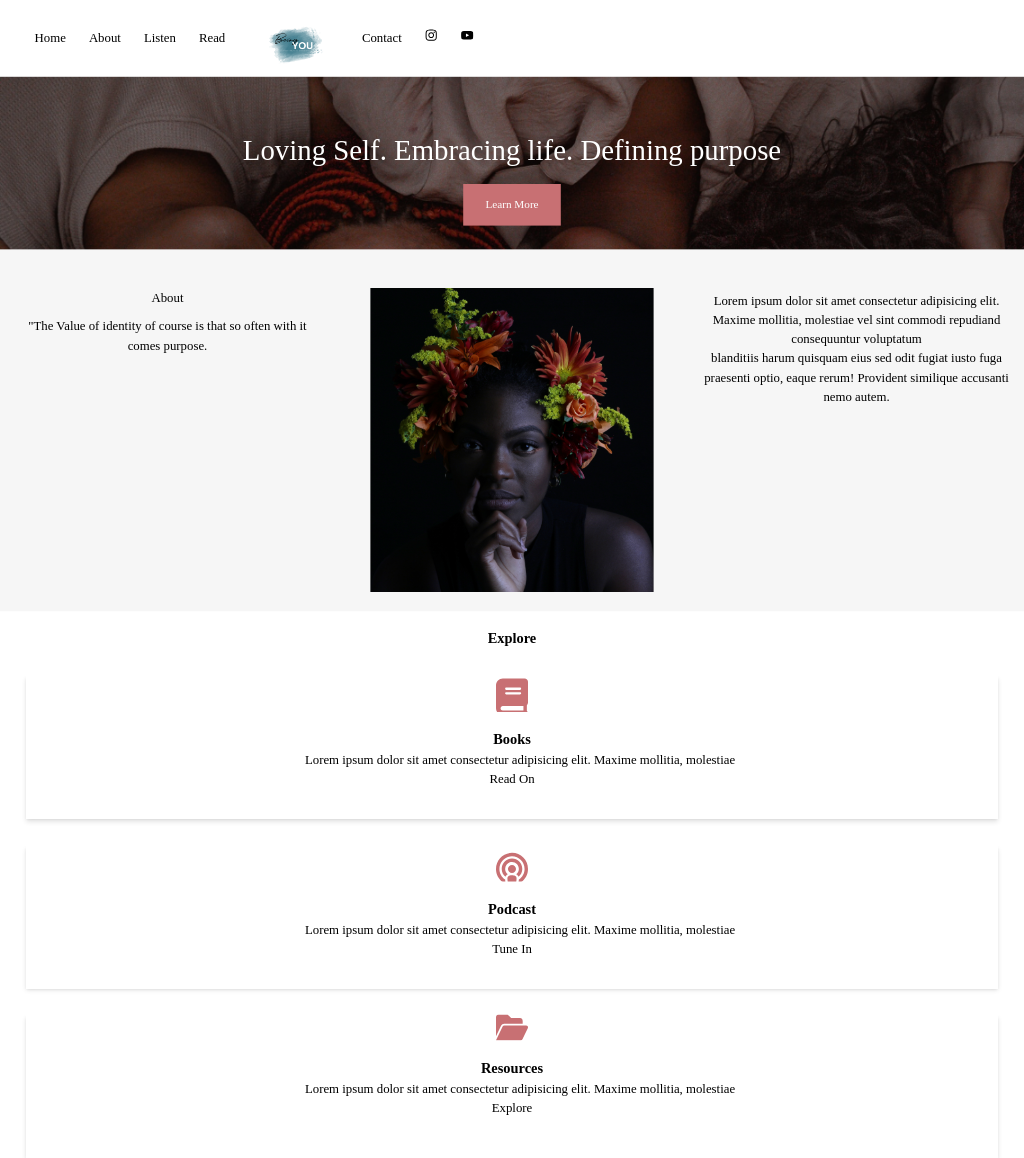
Repository: BrightonMboya/being-you
Page: /
An editor plug-in stored every save of this project. The page is shown before and after the next save, followed by the edit.
The browser window is 1280 px wide. The pictures show the whole page, at 80% of full size.
The project was rebuilt for these pictures with package versions that can differ from the ones it lists, and the page was loaded fresh each time.

Above is the page before, as saved 2022-05-28 17:02:28.

### src/index.css
@tailwind base;
@tailwind components;
@tailwind utilities;

@layer base {
    html {
        font-family: Cormorant Garamond;
    }
}

### src/App.js
import React from "react";
import NavBar from './Components/Navbar/NavBar';
import HeroSection from "./Components/Hero-Section/HeroSection";
import About from "./Components/About/About"
import Explore from "./Components/Podcast/Explore";

function App() {
  return (
    <React.Fragment>
     <NavBar/>
     <HeroSection/>
     <About/>
     <Explore/>
    </React.Fragment>
  );
}

export default App;

### src/Components/Navbar/NavBar.jsx
import React, { useState } from 'react'
import { Link } from 'react-scroll'
import logo from '../../assets/logo.png'
import { FaBars, FaTimes, FaInstagram, FaYoutube } from 'react-icons/fa'

const NavBar = () => {
  const [nav, setNav] = useState(false)
  const handleClick = () => setNav(!nav)
  return (
    <React.Fragment>
      <div className="flex items-center justify-between shadow-md">
        <div className="md:hidden">
          <img src={logo} alt="" className="object-cover w-28 h-28" />
        </div>

        {/* menu */}
        <ul className="hidden md:flex gap-[4vh] ml-[6vh] mt-4">
          <li className="mt-5">
            <Link to="home" smooth={true} duration={500}>
              Home
            </Link>
          </li>
          <li className="mt-5">
            <Link to="about" smooth={true} duration={500}>
              About
            </Link>
          </li>
          <li className="mt-5">
            <Link to="listen" smooth={true} duration={500}>
              Listen
            </Link>
          </li>
          <li className="mt-5">
            <Link to="read" smooth={true} duration={500}>
              Read
            </Link>
          </li>
          <li>
            <img src={logo} alt="" className="object-cover w-30 h-20" />
          </li>
          <li className="mt-5">
            <Link to="contact" smooth={true} duration={500}>
              Contact
            </Link>
          </li>
          <li className="mt-5">
            <FaInstagram className="" />
          </li>
          <li className="mt-5">
            <FaYoutube />
          </li>
        </ul>

        {/* Hamburger Menu */}
        <div className="md:hidden z-10" onClick={handleClick}>
          {!nav ? (
            <FaBars className="text-2xl w-full mr-8" />
          ) : (
            <FaTimes className="text-3xl  mr-3" />
          )}
        </div>

        {/* mobile menu */}
        <ul
          className={
            !nav
              ? 'hidden'
              : 'absolute top-0 left-0 w-full h-[60vh] flex flex-col justify-center items-center'
          }
        >
          <li className="text-2xl py-5">
            <Link onClick={handleClick} to="home" smooth={true} duration={500}>
              Home
            </Link>
          </li>
          <li className="text-2xl">
            <Link to="about" smooth={true} duration={500}>
              About
            </Link>
          </li>
          <li className="text-2xl">
            <Link to="listen" smooth={true} duration={500}>
              Listen
            </Link>
          </li>
          <li className="text-2xl">
            <Link to="read" smooth={true} duration={500}>
              Read
            </Link>
          </li>

          <li className="text-2xl">
            <Link to="contact" smooth={true} duration={500}>
              Contact
            </Link>
          </li>
        </ul>
      </div>
    </React.Fragment>
  )
}

export default NavBar

### src/Components/Hero-Section/HeroSection.jsx
import React from 'react'
import hero from '../../assets/hero.png'

const HeroSection = () => {
  return (
    <div
      style={{
        backgroundImage: `url(${hero})`,
        objectPosition: 'cover',
      }}
      className="object-cover bg-cover bg-no-repeat h-[30vh] md:h-[30vh]"
    >
      <div className="flex flex-col items-center justify-center pt-[7vh]">
        <h3 className="text-center text-lg text-white font-medium py-[3vh] md:text-4xl">
          Loving Self. Embracing life. Defining purpose
        </h3>

        <button className="bg-[#C87073] text-white mb-5 px-5 py-1 text-sm md:py-4 px-7 text-lg">
          Learn More
        </button>
      </div>
    </div>
  )
}

export default HeroSection

### src/Components/About/About.jsx
import React from "react";
import about from "../../assets/about.jpg";

const About = () => {
  return (
    <div className="flex flex-col justify-center items-center bg-[#F6F6F6]">
      <div className="py-6 md:grid grid-cols-3 gap-3">
        <div className="mt-6">
          <h3 className="text-center">About</h3>
          <p className="text-center px-4 md:mt-3">
            "The Value of identity of course is that so often with it comes
            purpose.
          </p>
        </div>
        <img src={about} alt="" className="mt-6 px-8" />
        <p className="text-center px-3 text-sm mt-7 md:text-base">
          Lorem ipsum dolor sit amet consectetur adipisicing elit. Maxime
          mollitia, molestiae vel sint commodi repudiand consequuntur voluptatum
            <br/>
          blanditiis harum quisquam eius sed odit fugiat iusto fuga praesenti
          optio, eaque rerum! Provident similique accusanti nemo autem.
        </p>
      </div>
    </div>
  );
};

export default About;

### src/Components/Podcast/Explore.jsx
import React from "react";
import ExploreCard from "./ExploreCard";
import book from "../../assets/book.svg";
import podcast from "../../assets/podcast.svg";
import resources from "../../assets/resources.svg";

const Explore = () => {
  return (
    <div className="mt-5">
      <h3 className="text-center font-semibold text-lg">Explore</h3>
      <div className="flex flex-col px-8">
        <ExploreCard
          image={book}
          title="Books"
          description="Lorem ipsum dolor sit amet consectetur adipisicing elit. Maxime mollitia, molestiae "
          action="Read On"
        />
        <ExploreCard
          image={podcast}
          title="Podcast"
          description="Lorem ipsum dolor sit amet consectetur adipisicing elit. Maxime mollitia, molestiae "
          action="Tune In"
        />
        <ExploreCard
          image={resources}
          title="Resources"
          description="Lorem ipsum dolor sit amet consectetur adipisicing elit. Maxime mollitia, molestiae "
          action="Explore"
        />

      </div>
    </div>
  );
};

export default Explore;

### src/Components/Podcast/ExploreCard.jsx
import React from "react";

const ExploreCard = (props) => {
  return (
    <div className="mt-8">
      <div className="flex flex-col items-center shadow-md h-[25vh]">
        <img src={props.image} alt="" />
        <h3 className="mt-5 font-semibold text-lg">{props.title}</h3>
        <p className="ml-5">{props.description}</p>

        <button>{props.action}</button>
      </div>
    </div>
  );
};

export default ExploreCard;

Loaded but not shown: public/index.html (common file); src/index.js (common file); tailwind.config.js (common file)

After the next save:
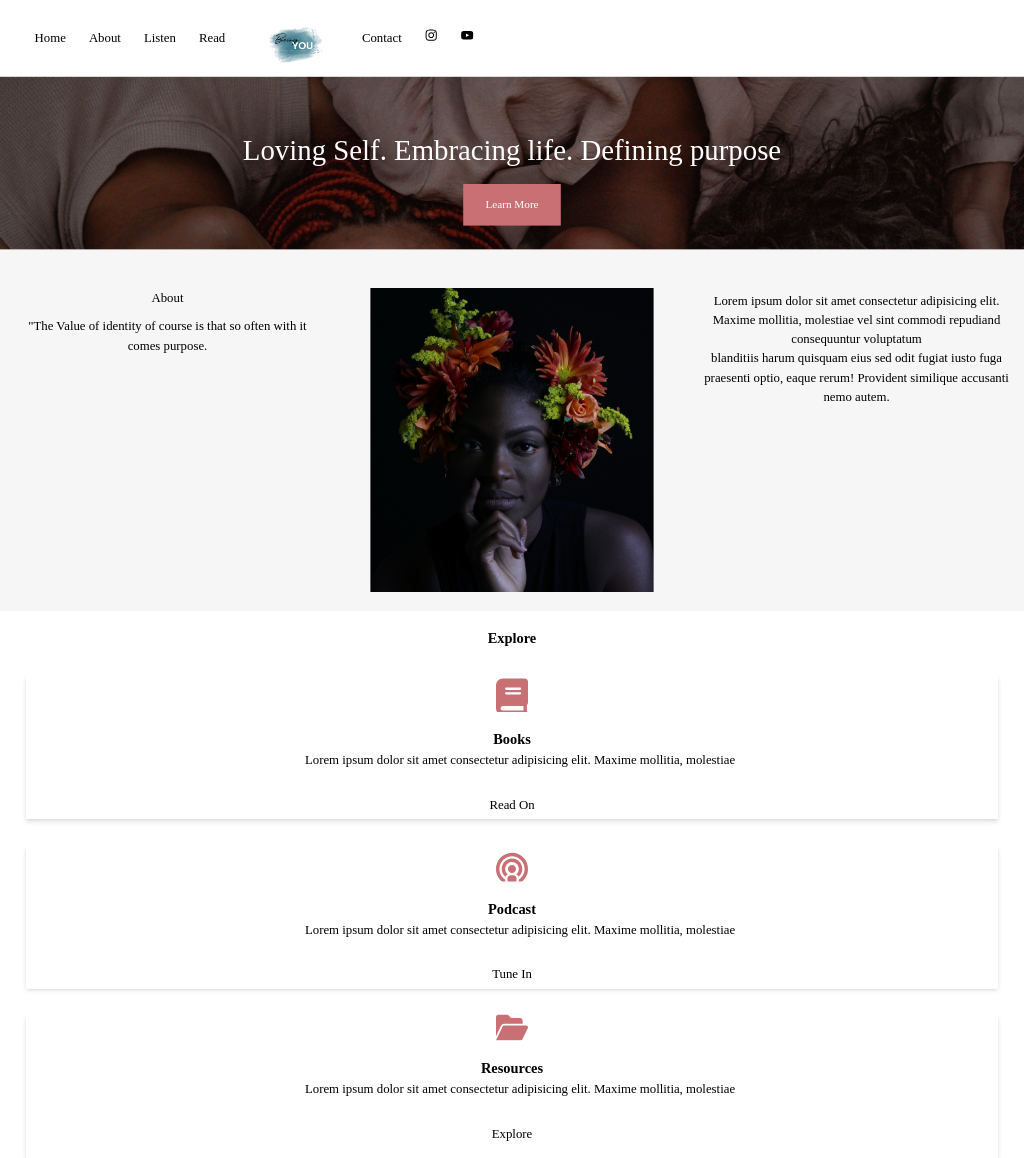
Saved 50 s later.
--- a/src/Components/Podcast/ExploreCard.jsx
+++ b/src/Components/Podcast/ExploreCard.jsx
@@ -8,7 +8,7 @@ const ExploreCard = (props) => {
         <h3 className="mt-5 font-semibold text-lg">{props.title}</h3>
         <p className="ml-5">{props.description}</p>
 
-        <button>{props.action}</button>
+        <button className="mt-8">{props.action}</button>
       </div>
     </div>
   );
